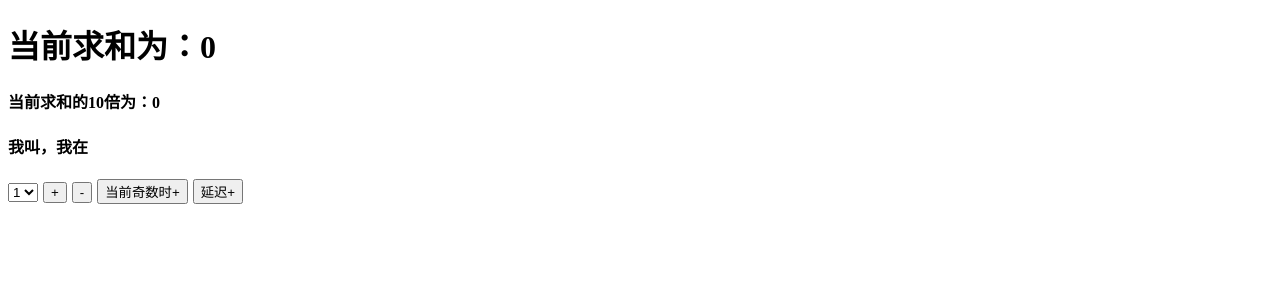
Repository: WAY-C/JSCodes
Page: / (app in Vue/24求和案例_vuex/count/)
These files come from the project's save history. The page is drawn as it stood at one moment and after a run of saves; the edit follows.
The browser window is 1280 px wide. The pictures show the whole page.
The project was rebuilt for these pictures with package versions that can differ from the ones it lists, and the page was loaded fresh each time.

Above is the page before, as saved 2021-09-20 17:01:42.

### Vue/24求和案例_vuex/count/src/main.js
import Vue from 'vue'
import App from './App.vue'
import store from './store'

Vue.config.productionTip = false

new Vue({
  render: h => h(App),
  store,
  beforeCreate() {
    Vue.prototype.$bus = this
  }
}).$mount('#app')

### Vue/24求和案例_vuex/count/src/App.vue
<template>
  <div>
    <Count />
  </div>
</template>

<script>
import Count from "./components/Count";
export default {
  name: "App",
  components: { Count },
  mounted() {
    console.log("App", this);
  },
};
</script>

<style>
</style>

### Vue/24求和案例_vuex/count/src/store/index.js
// 该文件用于创建vuex中最为核心的store
// 引入Vue
import Vue from 'vue'
// 引入Vuex
import Vuex from 'vuex'
// 应用Vuex插件
Vue.use(Vuex)

// 准备action--用于响应组件中的动作
const actions = {
    additionOdd(context, value) {
        if (context.state.sum % 2) {
            context.commit('ADDITION', value);
        }
    },
    additionWait(context, value) {
        setTimeout(() => {
            context.commit('ADDITION', value);
        }, 400);
    },
}
// 准备mutations--用于操作数据（state）
const mutations = {
    ADDITION(state, value) {
        state.sum += value;
    },
    SUBTRACTION(state, value) {
        state.sum -= value;
    }
}
// 准备state--用于存储数据
const state = {
    sum: 0
}
// 准备getters--用于将state中的数据进行加工
const getters = {
    tenTimesSum() {
        return state.sum * 10;
    }
}

// 创建并暴露store
export default new Vuex.Store({
    actions,
    mutations,
    state,
    getters,
})

// // 创建store
// const store = new Vuex.Store({
//     actions:actions,
//     mutations:mutations,
//     state:state,
// })

// // 暴露（导出）store
// export default store

### Vue/24求和案例_vuex/count/src/components/Count.vue
<template>
  <div>
    <h1>当前求和为：{{ sum }}</h1>
    <h4>当前求和的10倍为：{{ tenTimesSum }}</h4>
    <h4>我叫{{ name }}，我在{{ address }}</h4>
    <select v-model.number="n">
      <option value="1">1</option>
      <option value="2">2</option>
      <option value="3">3</option>
    </select>
    <button @click="ADDITION(n)">+</button>
    <button @click="SUBTRACTION(n)">-</button>
    <button @click="additionOdd(n)">当前奇数时+</button>
    <button @click="additionWait(n)">延迟+</button>
  </div>
</template>

<script>
import { mapState, mapGetters, mapActions, mapMutations } from "vuex";
export default {
  name: "Count",
  data() {
    return {
      n: 1, //   当前选择的数字
    };
  },
  computed: {
    ...mapState(["sum", "name", "address"]),
    ...mapGetters(["tenTimesSum"]),
  },
  methods: {
    ...mapMutations(["ADDITION", "SUBTRACTION"]),
    ...mapActions(["additionWait", "additionOdd"]),
  },
  mounted() {
    console.log("Count", this);
  },
};
</script>

<style>
button {
  margin-left: 5px;
}
</style>

Loaded but not shown: Vue/24求和案例_vuex/count/public/index.html (common file)

After the next 2 saves:
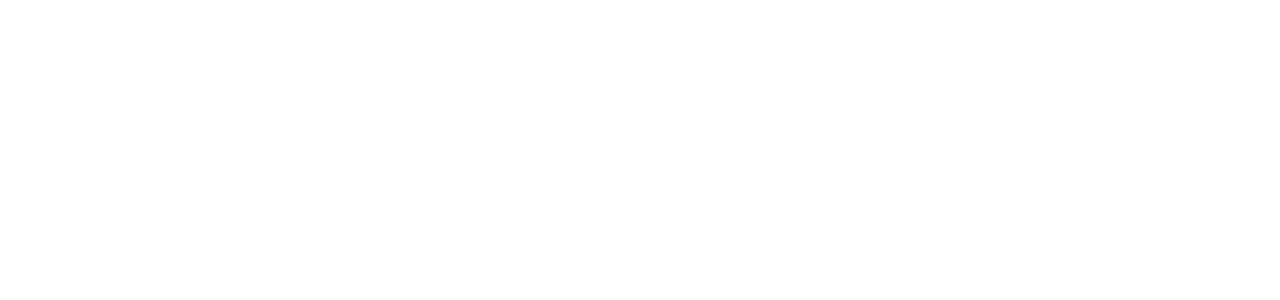
Console error: ReferenceError: ADDITION is not defined
The 2 saves are shown as one change because 1 did not build or start.
The last was saved 3 min 51 s later.
--- a/Vue/24求和案例_vuex/count/src/components/Count.vue
+++ b/Vue/24求和案例_vuex/count/src/components/Count.vue
@@ -29,7 +29,7 @@
     ...mapGetters(["tenTimesSum"]),
   },
   methods: {
-    ...mapMutations(["ADDITION", "SUBTRACTION"]),
+    ...mapMutations({ ADDITION, SUBTRACTION }),
     ...mapActions(["additionWait", "additionOdd"]),
   },
   mounted() {

After the save that followed:
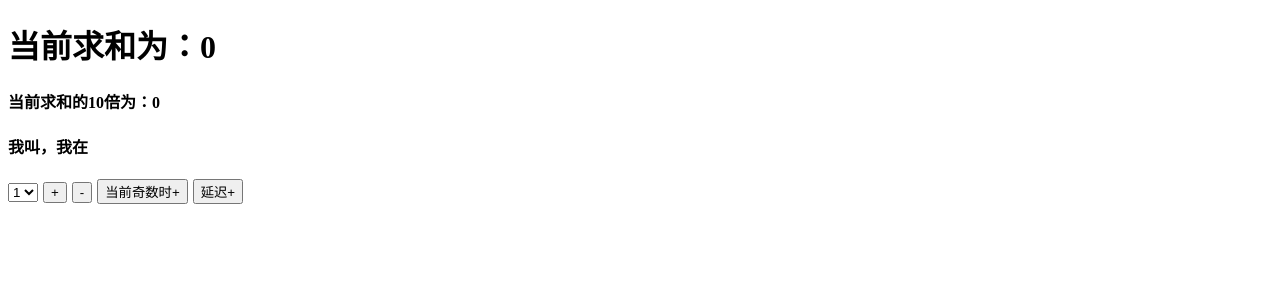
The error is gone.
Saved 39 s later.
--- a/Vue/24求和案例_vuex/count/src/components/Count.vue
+++ b/Vue/24求和案例_vuex/count/src/components/Count.vue
@@ -29,7 +29,7 @@
     ...mapGetters(["tenTimesSum"]),
   },
   methods: {
-    ...mapMutations({ ADDITION, SUBTRACTION }),
+    ...mapMutations({ ADDITION: "ADDITION", SUBTRACTION: "SUBTRACTION" }),
     ...mapActions(["additionWait", "additionOdd"]),
   },
   mounted() {
